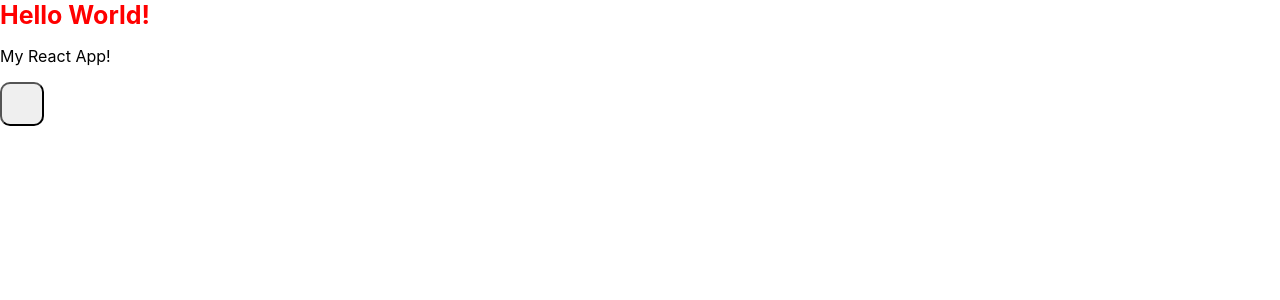
Repository: ruslan-horaiskyi/weatherApp
Page: /
An editor plug-in stored every save of this project. The page is shown before and after the next save, followed by the edit.
The browser window is 1280 px wide. The pictures show the whole page.
The project was rebuilt for these pictures with package versions that can differ from the ones it lists, and the page was loaded fresh each time.

Above is the page before, as saved 2023-04-20 16:36:20.

### src/App.jsx
import "./App.css";
import  Button  from './components/Button/Button'
// import Input from './components/Button'

const App = () => {
  console.log("App component");

  return (
    <>
      <div className="custom-h1">Hello World!</div>
      <p>My React App!</p>
      <Button />
    </>
  );
};

export default App;

### src/App.css
.custom-h1 {
  color: red;
  font-size: 25px;
  font-weight: bold;
}

### src/components/Button/Button.jsx
import "./Button.css";

const Button = ({ title }) => {
  return <button className="custom-button" onClick={() => {
    console.log('Button clicked!');
  }}>{title}</button>;
};

export default Button;

### src/components/Button/Button.css
.custom-button {
  padding: 20px;
  border-radius: 10px;
  font-size: 24px;
  cursor: pointer;
}

Loaded but not shown: public/index.html (common file); src/index.js (common file); src/index.css (common file)

After the next save:
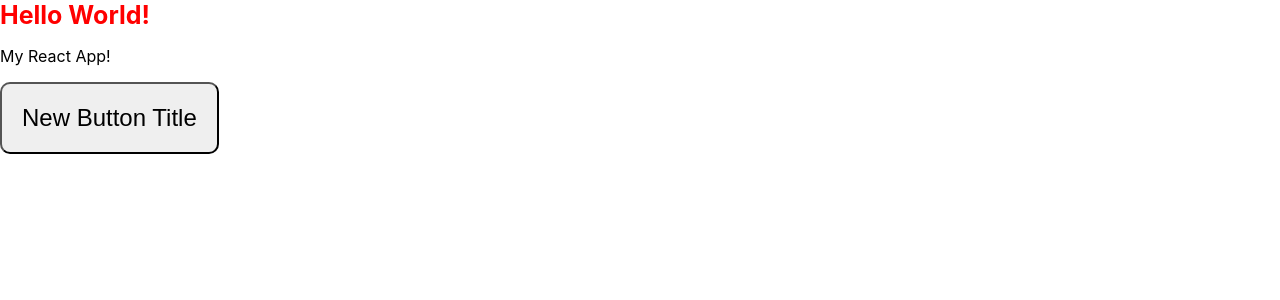
Saved 17 s later.
--- a/src/App.jsx
+++ b/src/App.jsx
@@ -9,7 +9,7 @@ const App = () => {
     <>
       <div className="custom-h1">Hello World!</div>
       <p>My React App!</p>
-      <Button />
+      <Button title={'New Button Title'} />
     </>
   );
 };
